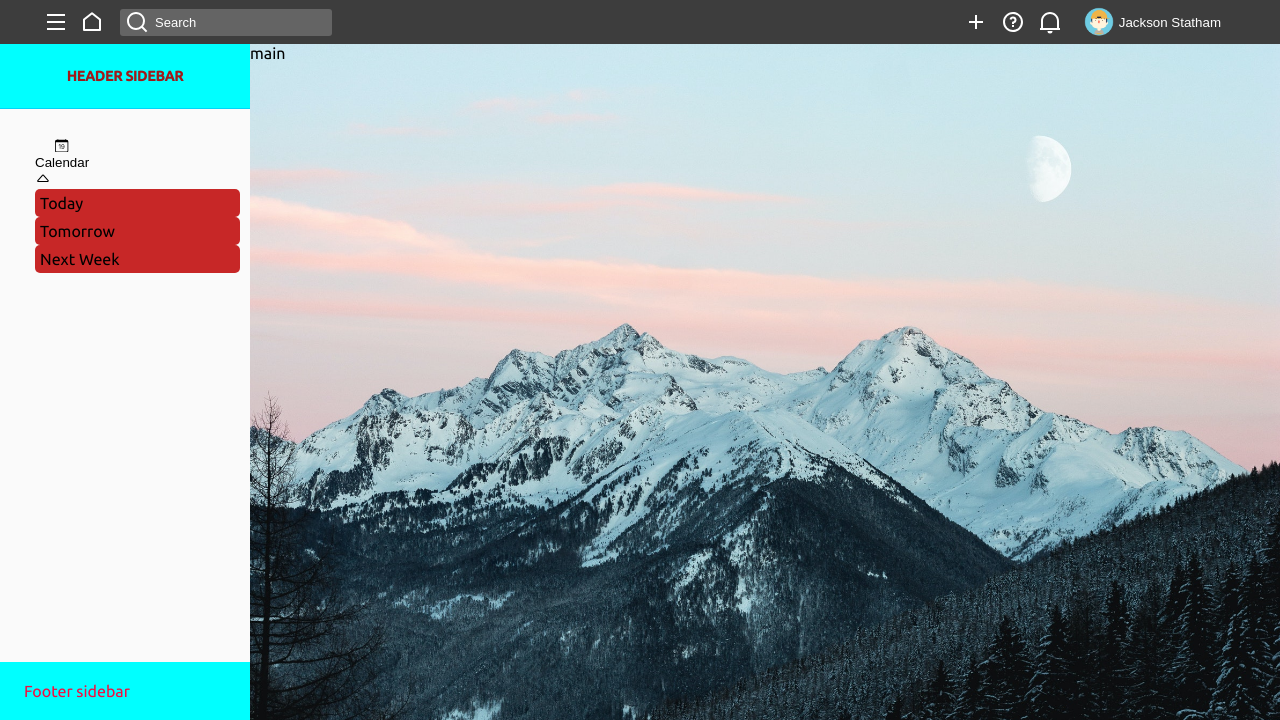
Repository: huuthe1999/to-do-list
Page: /
These files come from the project's save history. The page is drawn as it stood at one moment and after the next save; the edit follows.
The browser window is 1280 px wide. The pictures show the whole page.
The project was rebuilt for these pictures with package versions that can differ from the ones it lists, and the page was loaded fresh each time. Also part of the build but not shown: src/components/form/addForm/addForm.scss, src/components/form/addForm/AddForm.js, src/components/modal/modal.scss, src/components/modal/Modal.js.

Above is the page before, as saved 2022-02-17 13:55:41.

After the next save:
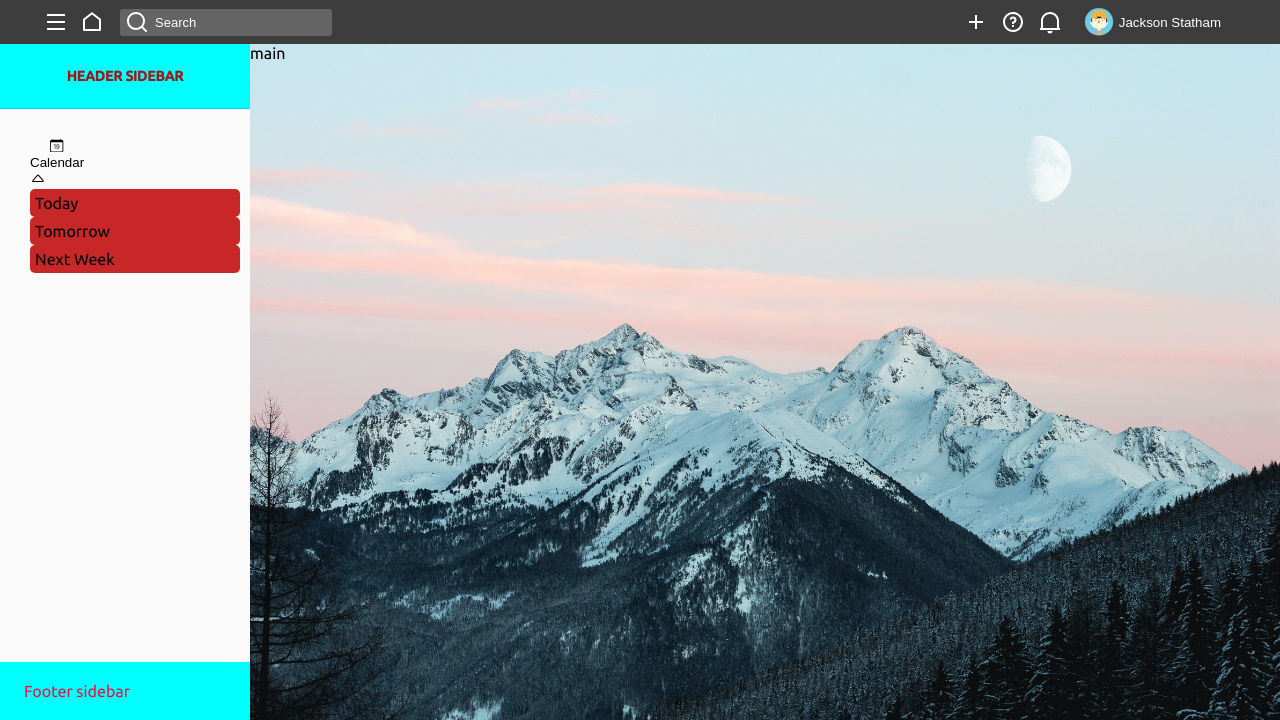
Saved 7 s later.
--- a/src/components/sideBar/sideBar.scss
+++ b/src/components/sideBar/sideBar.scss
@@ -37,7 +37,7 @@
 
 		&-content {
 			flex-grow: 1;
-			padding: 30px 10px 30px 35px;
+			padding: 30px 10px 30px 30px;
 			background-color: #fafafa;
 		}
 
